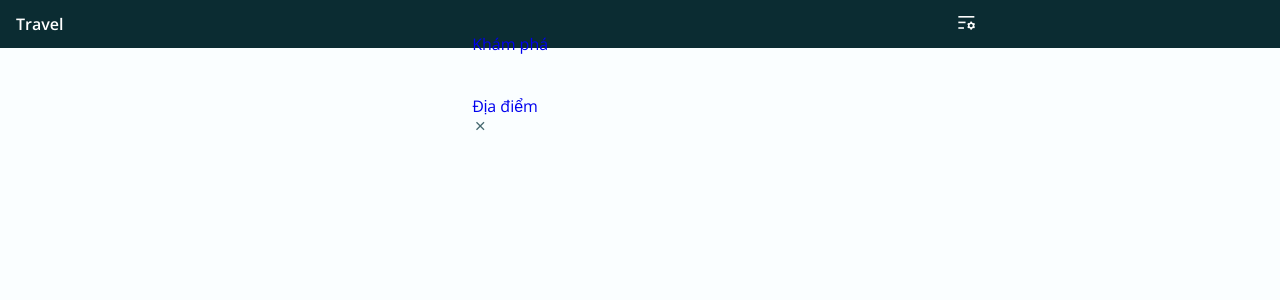
Repository: haokiet2501/travel-demo
Page: index.html
An editor plug-in stored every save of this project. The page is shown before and after the next save, followed by the edit.
The browser window is 1280 px wide. The pictures show the whole page.

Above is the page before, as saved 2021-09-21 10:12:22.

After the next save:
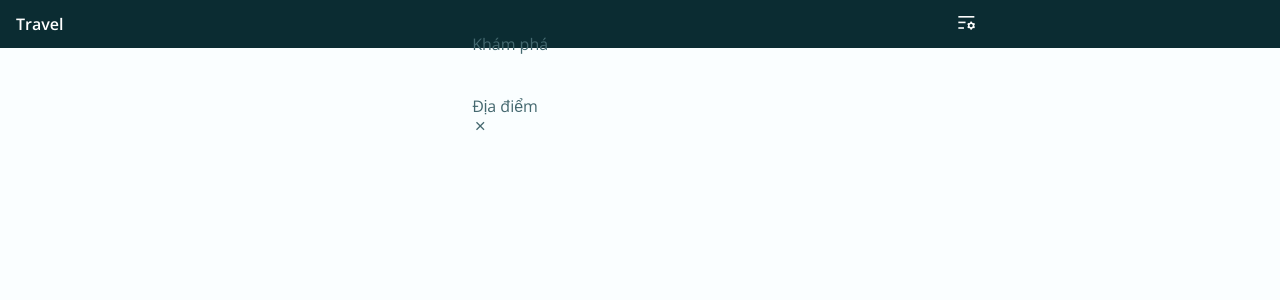
Saved 8 s later.
--- a/css/style.css
+++ b/css/style.css
@@ -200,4 +200,5 @@ input {
 }
 
 .nav__link {
-}
+    color: var(--text-color);
+}
